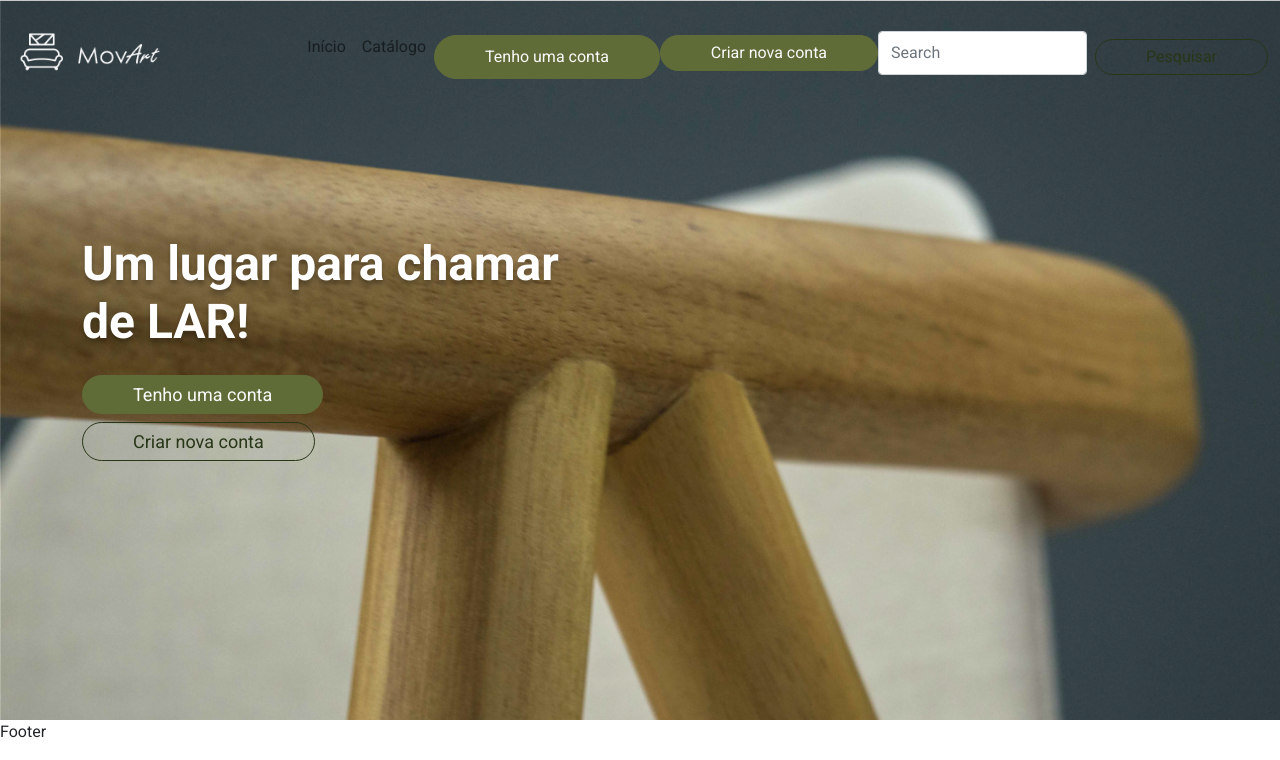
Repository: telesbp/Projeto-4-e-Projeto-5
Page: / (app in front-end/)
An editor plug-in stored every save of this project. The page is shown before and after the next save, followed by the edit.
The browser window is 1280 px wide. The pictures show the whole page.
The project was rebuilt for these pictures with package versions that can differ from the ones it lists, and the page was loaded fresh each time.

Above is the page before, as saved 2022-07-17 18:10:03.

After the next save:
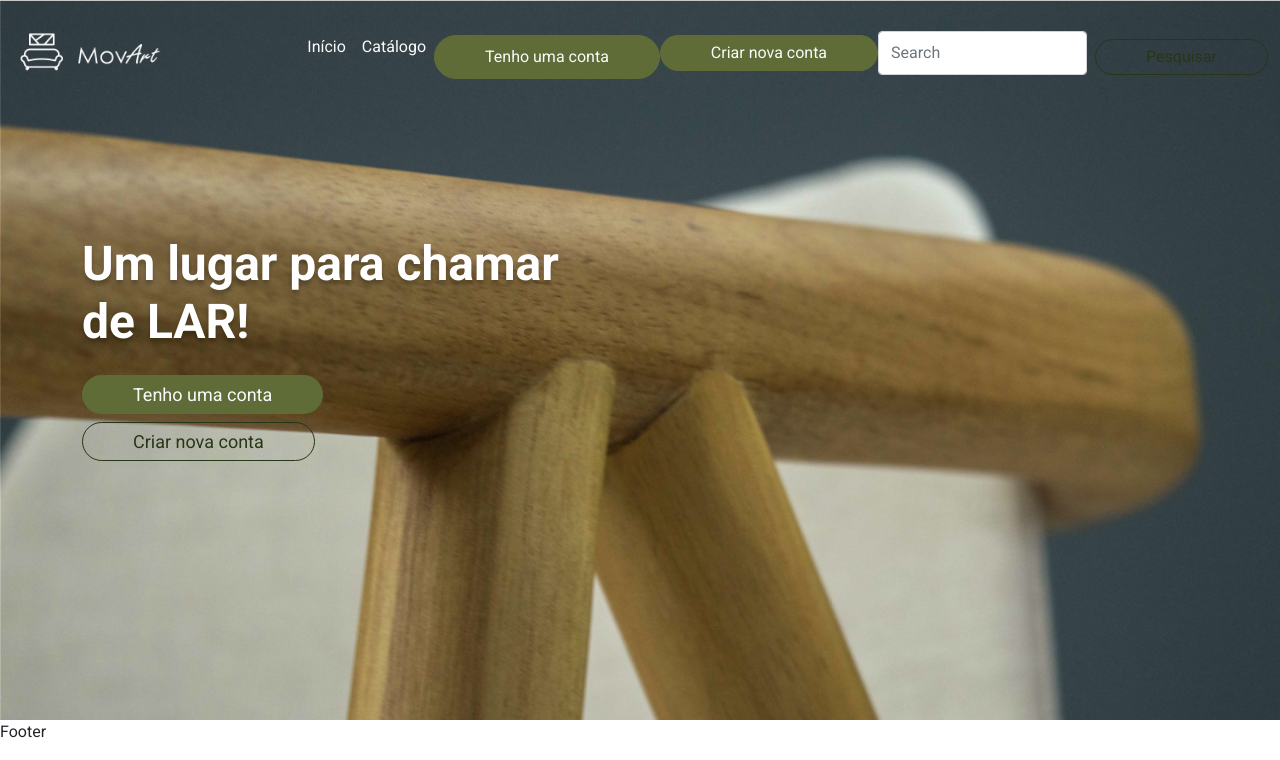
Saved 31 s later.
--- a/front-end/src/components/Layout/Header.tsx
+++ b/front-end/src/components/Layout/Header.tsx
@@ -48,6 +48,8 @@ const NavBarCollapseStyled = styled(Navbar.Collapse)`
 }
 `
 const NavLinkStyled = styled(Nav.Link)`
-    @media (min-width: 992px)
+    @media (min-width: 992px){
+        color: #fafafa!important;
+    }
 
 `
